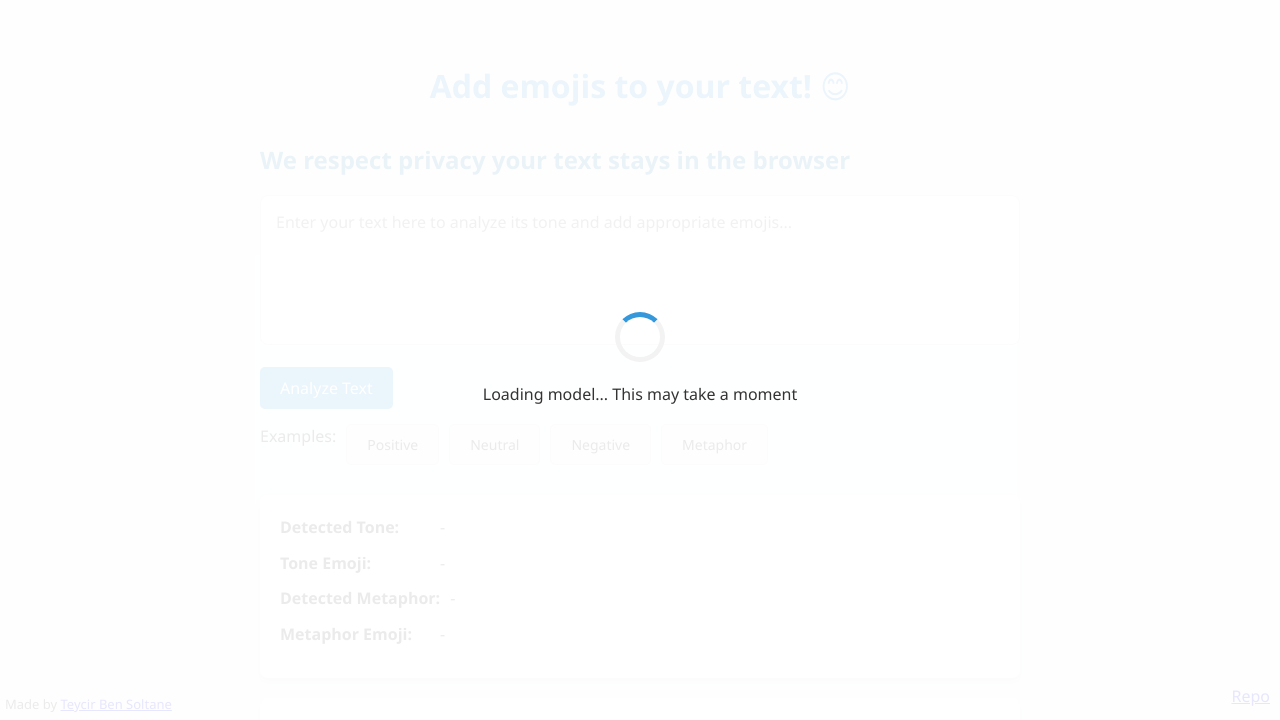
Repository: Teycir/emojiadder
Page: index.html
An editor plug-in stored every save of this project. The page is shown before and after the next save, followed by the edit.
The browser window is 1280 px wide. The pictures show the window.
A layer covers the whole window, so only the first screen is drawn.

Above is the page before, as saved 2025-03-23 11:47:24.

### index.html
<!DOCTYPE html>
<html lang="en">
<head>
    <meta charset="UTF-8">
    <meta name="viewport" content="width=device-width, initial-scale=1.0">
    <title>Text Tone Detector</title>
    <link rel="stylesheet" href="styles.css">
</head>
<body>
    <div class="container">
        <h1>Add emojis to your text! 😊</h1>
<h2>We respect privacy your text stays in the browser</h2>
        <div class="input-section">
            <textarea id="text-input" placeholder="Enter your text here to analyze its tone and add appropriate emojis..."></textarea>
            <button id="analyze-btn">Analyze Text</button>
            <div class="examples">
                <p>Examples:</p>
                <button class="example-btn" data-text="I'm so happy with the results! This is amazing.">Positive</button>
                <button class="example-btn" data-text="This is just okay, nothing special.">Neutral</button>
                <button class="example-btn" data-text="I'm really disappointed with this service.">Negative</button>
                <button class="example-btn" data-text="The journey to success is like climbing a mountain.">Metaphor</button>
            </div>
        </div>

        <div class="result-section">
            <div class="result-card">
                <div class="result-item">
                    <div class="label">Detected Tone:</div>
                    <div id="tone-result" class="value">-</div>
                </div>
                <div class="result-item">
                    <div class="label">Tone Emoji:</div>
                    <div id="tone-emoji" class="value">-</div>
                </div>
                <div class="result-item">
                    <div class="label">Detected Metaphor:</div>
                    <div id="metaphor-result" class="value">-</div>
                </div>
                <div class="result-item">
                    <div class="label">Metaphor Emoji:</div>
                    <div id="metaphor-emoji" class="value">-</div>
                </div>
            </div>
            <div class="enhanced-text-card">
                <h2>Enhanced Text</h2>
                <div id="enhanced-text-result">-</div>
            </div>
        </div>

        <div class="loader-container" id="loader">
            <div class="loader"></div>
            <p>Loading model... This may take a moment</p>
        </div>
    </div>

    <!-- Note the type="module" to use ES modules (modules are deferred by default) -->
    <script type="module" src="./script.js"></script>
<div style="position: fixed; bottom: 0; left: 0; font-size: small; margin: 5px;">
  Made by <a href="https://www.teycirbensoltane.tn">Teycir Ben Soltane</a>
</div>
<a href="https://github.com/Teycir/emojiadder" style="position: fixed; bottom: 10px; right: 10px;">Repo</a>
</body>
</html>

### styles.css
* {
    margin: 0;
    padding: 0;
    box-sizing: border-box;
    font-family: 'Segoe UI', Tahoma, Geneva, Verdana, sans-serif;
}

body {
    background-color: #f5f7fa;
    color: #333;
    line-height: 1.6;
}

.container {
    max-width: 800px;
    margin: 40px auto;
    padding: 20px;
}

h1 {
    text-align: center;
    margin-bottom: 30px;
    color: #3498db;
}

h2 {
    color: #2980b9;
    margin-bottom: 15px;
}

.input-section {
    margin-bottom: 30px;
}

textarea {
    width: 100%;
    height: 150px;
    padding: 15px;
    border: 1px solid #ddd;
    border-radius: 8px;
    resize: none;
    font-size: 16px;
    margin-bottom: 15px;
    transition: border 0.3s;
}

textarea:focus {
    outline: none;
    border-color: #3498db;
}

button {
    background-color: #3498db;
    color: white;
    border: none;
    padding: 10px 20px;
    border-radius: 5px;
    cursor: pointer;
    font-size: 16px;
    transition: background-color 0.3s;
}

button:hover {
    background-color: #2980b9;
}

button:disabled {
    background-color: #95a5a6;
    cursor: not-allowed;
}

.result-section {
    display: flex;
    flex-direction: column;
    gap: 20px;
    margin-bottom: 30px;
}

.result-card, .enhanced-text-card {
    background-color: white;
    border-radius: 8px;
    padding: 20px;
    box-shadow: 0 4px 6px rgba(0, 0, 0, 0.1);
}

.result-item {
    margin-bottom: 10px;
    display: flex;
    align-items: center;
}

.label {
    font-weight: bold;
    margin-right: 10px;
    min-width: 150px;
}

#enhanced-text-result {
    padding: 15px;
    background-color: #f9f9f9;
    border-radius: 5px;
    font-size: 18px;
    min-height: 60px;
    line-height: 1.5;
}

.examples-section {
    margin-top: 30px;
}

.examples {
    display: flex;
    flex-wrap: wrap;
    gap: 10px;
    margin-top: 15px;
}

.example-btn {
    background-color: #f0f0f0;
    color: #333;
    border: 1px solid #ddd;
    font-size: 14px;
}

.example-btn:hover {
    background-color: #e0e0e0;
}

/* Tone colors */
.positive {
    color: #27ae60;
}

.neutral {
    color: #f39c12;
}

.negative {
    color: #e74c3c;
}

/* Loader Styles */
.loader-container {
    position: fixed;
    top: 0;
    left: 0;
    width: 100%;
    height: 100%;
    background-color: rgba(255, 255, 255, 0.9);
    display: flex;
    flex-direction: column;
    justify-content: center;
    align-items: center;
    z-index: 1000;
}

.loader {
    border: 5px solid #f3f3f3;
    border-top: 5px solid #3498db;
    border-radius: 50%;
    width: 50px;
    height: 50px;
    animation: spin 1s linear infinite;
    margin-bottom: 20px;
}

@keyframes spin {
    0% { transform: rotate(0deg); }
    100% { transform: rotate(360deg); }
}

/* Responsive design */
@media (max-width: 600px) {
    .container {
        padding: 15px;
        margin: 20px auto;
    }

    .result-item {
        flex-direction: column;
        align-items: flex-start;
    }

    .label {
        margin-bottom: 5px;
    }

    .examples {
        flex-direction: column;
    }
}

### script.js
import TextToneDetector from './TextToneDetector.js';

// DOM event listeners
document.addEventListener('DOMContentLoaded', () => {
  console.log('DOM content loaded, initializing application');

  // DOM elements
  const textInput = document.getElementById('text-input');
  const analyzeBtn = document.getElementById('analyze-btn');
  const toneResult = document.getElementById('tone-result');
  const toneEmoji = document.getElementById('tone-emoji');
  const metaphorResult = document.getElementById('metaphor-result');
  const metaphorEmoji = document.getElementById('metaphor-emoji');
  const enhancedTextResult = document.getElementById('enhanced-text-result');
  const exampleBtns = document.querySelectorAll('.example-btn');
  const loader = document.getElementById('loader');

  // Disable analyze button until model loads
  analyzeBtn.disabled = true;

  // Make sure the loader is visible
  loader.style.display = 'flex';

  // Create detector instance
  console.log('Creating TextToneDetector instance');
  const toneDetector = new TextToneDetector();

  // Add event listener to limit textarea to 400 lines and alert if exceeded
  textInput.addEventListener('input', function() {
    const lines = this.value.split('\n');
    if (lines.length > 400) {
      alert("400 max lines allowed!");
      this.value = lines.slice(0, 400).join('\n');
    }
  });

  // Analyze text function
  async function analyzeText() {
    const text = textInput.value.trim();

    if (!text) {
      alert('Please enter some text to analyze.');
      return;
    }

    // Show loading indicator
    analyzeBtn.disabled = true;
    analyzeBtn.textContent = 'Analyzing...';

    try {
      const result = await toneDetector.analyze(text);

      // Display results
      toneResult.textContent = result.tone.charAt(0).toUpperCase() + result.tone.slice(1);
      toneResult.className = result.tone;

      toneEmoji.textContent = result.toneEmoji || 'None';

      metaphorResult.textContent = result.metaphor
        ? result.metaphor.charAt(0).toUpperCase() + result.metaphor.slice(1)
        : 'None detected';

      metaphorEmoji.textContent = result.metaphorEmoji || 'None';

      enhancedTextResult.textContent = result.enhancedText;
    } catch (error) {
      console.error('Error in analysis:', error);
      enhancedTextResult.textContent = 'An error occurred during analysis. Please try again.';
    } finally {
      // Reset button
      analyzeBtn.disabled = false;
      analyzeBtn.textContent = 'Analyze Text';
    }
  }

  // Event listeners
  analyzeBtn.addEventListener('click', analyzeText);

  textInput.addEventListener('keydown', function(e) {
    if (e.key === 'Enter' && e.ctrlKey) {
      analyzeText();
    }
  });

  // Example buttons
  exampleBtns.forEach(btn => {
    btn.addEventListener('click', function() {
      const exampleText = this.getAttribute('data-text');
      textInput.value = exampleText;
      analyzeText();
    });
  });

  // Initial instructions
  enhancedTextResult.textContent = 'Enter text and click "Analyze Text" to see the enhanced result with emojis.';
});

### TextToneDetector.js
import SentimentModel from './models/SentimentModel.js';
import MetaphorUtils from './utils/MetaphorUtils.js';
import EmojiUtils from './utils/EmojiUtils.js';

/**
 * Main class for text tone detection
 */
class TextToneDetector {
  constructor() {
    console.log('TextToneDetector constructor called');

    // Initialize components
    this.sentimentModel = new SentimentModel();
    this.metaphorUtils = new MetaphorUtils();
    this.emojiUtils = new EmojiUtils();

    // Model loading status
    this.isModelLoaded = false;

    // Initialize model
    this.initializeModel();
  }

  async initializeModel() {
    try {
      console.log('TextToneDetector: Initializing sentiment model');
      await this.sentimentModel.initialize();
      this.isModelLoaded = true;

      console.log('TextToneDetector: Model loaded successfully');

      // Hide loader when model is loaded
      const loader = document.getElementById('loader');
      if (loader) {
        loader.style.display = 'none';
        console.log('Loader hidden');
      } else {
        console.warn('Loader element not found');
      }

      // Enable analyze button
      const analyzeBtn = document.getElementById('analyze-btn');
      if (analyzeBtn) {
        analyzeBtn.disabled = false;
        console.log('Analyze button enabled');
      } else {
        console.warn('Analyze button not found');
      }
    } catch (error) {
      console.error('Error initializing model:', error);

      // Show error in the UI
      const loader = document.getElementById('loader');
      if (loader) {
        loader.innerHTML = `
          <div class="error">
            <p>Error loading model: ${error.message}</p>
            <p>Please refresh the page to try again.</p>
          </div>
        `;
      }
    }
  }

  // Analyze text and return tone with emojis
  async analyze(text) {
    if (!this.isModelLoaded) {
      return {
        originalText: text,
        tone: 'unknown',
        toneEmoji: '',
        metaphor: null,
        metaphorEmoji: '',
        enhancedText: text
      };
    }

    try {
      // Split text into paragraphs
      const paragraphs = text.split(/\n+/);
      let enhancedParagraphs = [];

      for (const paragraph of paragraphs) {
        if (!paragraph.trim()) {
          enhancedParagraphs.push('');
          continue;
        }

        // Split paragraph into sentences
        // This regex matches sentence endings: period, question mark, or exclamation mark followed by a space or end of string
        const sentences = paragraph.match(/[^.!?]+[.!?]+(\s|$)/g) || [paragraph];
        let enhancedParagraph = '';

        for (const sentence of sentences) {
          // Get sentiment from model for each sentence
          const sentimentOutput = await this.sentimentModel.analyze(sentence);

          // Determine tone based on model output
          let tone;
          if (sentimentOutput.label === 'POSITIVE') {
            tone = 'positive';
          } else if (sentimentOutput.label === 'NEGATIVE') {
            tone = 'negative';
          } else {
            tone = 'neutral';
          }

          // Find metaphors in sentence
          const words = sentence.toLowerCase().split(/\s+/);
          const metaphor = this.metaphorUtils.findMetaphor(words);

          // Get emojis for tone and metaphor
          const toneEmoji = this.emojiUtils.getToneEmoji(tone);
          const metaphorEmoji = this.emojiUtils.getMetaphorEmoji(metaphor);

          // Add emoji after the sentence's ending punctuation but before any trailing space
          const emojiString = `${toneEmoji} ${metaphorEmoji}`.trim();
          // This regex captures the end punctuation and any trailing space
          const enhancedSentence = sentence.replace(/([.!?]+)(\s|$)/, `$1 ${emojiString}$2`);
          enhancedParagraph += enhancedSentence;
        }

        enhancedParagraphs.push(enhancedParagraph);
      }

      const enhancedText = enhancedParagraphs.join('\n');

      // For the overall tone and metaphor, analyze the complete text
      const overallSentimentOutput = await this.sentimentModel.analyze(text);
      let overallTone;
      if (overallSentimentOutput.label === 'POSITIVE') {
        overallTone = 'positive';
      } else if (overallSentimentOutput.label === 'NEGATIVE') {
        overallTone = 'negative';
      } else {
        overallTone = 'neutral';
      }

      const words = text.toLowerCase().split(/\s+/);
      const overallMetaphor = this.metaphorUtils.findMetaphor(words);

      const toneEmoji = this.emojiUtils.getToneEmoji(overallTone);
      const metaphorEmoji = this.emojiUtils.getMetaphorEmoji(overallMetaphor);

      return {
        originalText: text,
        tone: overallTone,
        toneEmoji: toneEmoji,
        metaphor: overallMetaphor,
        metaphorEmoji: metaphorEmoji,
        enhancedText: enhancedText
      };
    } catch (error) {
      console.error('Error analyzing text:', error);
      return {
        originalText: text,
        tone: 'error',
        toneEmoji: '❓',
        metaphor: null,
        metaphorEmoji: '',
        enhancedText: text + ' ❓'
      };
    }
  }
}

export default TextToneDetector;

### models/SentimentModel.js
// Import the pipeline directly from the Transformers library
import { pipeline } from 'https://cdn.jsdelivr.net/npm/@xenova/transformers@2.14.0/dist/transformers.min.js';

/**
 * Handles sentiment analysis using Transformers.js
 * Implements caching to avoid reloading the model
 */
class SentimentModel {
  // Static properties for caching
  static instance = null;
  static pipelineInstance = null;
  static isInitializing = false;
  static initPromise = null;

  constructor() {
    this.isLoaded = SentimentModel.pipelineInstance !== null;
    this.pipeline = SentimentModel.pipelineInstance;

    console.log('SentimentModel constructor called, cached:', this.isLoaded);

    // Return existing instance if available
    if (SentimentModel.instance) {
      console.log('Returning cached SentimentModel instance');
      return SentimentModel.instance;
    }

    // Store this instance as the singleton
    SentimentModel.instance = this;
  }

  /**
   * Initialize the sentiment analysis model
   * @returns {Promise} Resolves when model is loaded
   */
  async initialize() {
    // If model is already loaded, return immediately
    if (this.isLoaded) {
      console.log('Model already loaded, using cached instance');
      return Promise.resolve(true);
    }

    // If initialization is in progress, return the existing promise
    if (SentimentModel.isInitializing) {
      console.log('Model initialization already in progress, waiting...');
      return SentimentModel.initPromise;
    }

    // Create a new initialization promise
    SentimentModel.isInitializing = true;
    SentimentModel.initPromise = new Promise(async (resolve, reject) => {
      try {
        console.log('Starting to initialize sentiment model');

        try {
          console.log('Initializing sentiment model');

          // Initialize the sentiment analysis pipeline
          console.log('Loading sentiment analysis model...');
          SentimentModel.pipelineInstance = await pipeline('sentiment-analysis', 'Xenova/distilbert-base-uncased-finetuned-sst-2-english');
          console.log('Sentiment analysis model loaded successfully');

          // Update instance properties
          this.pipeline = SentimentModel.pipelineInstance;
          this.isLoaded = true;

          resolve(true);
        } catch (innerError) {
          console.error('Error in Transformers initialization:', innerError);
          SentimentModel.isInitializing = false;
          reject(innerError);
        }
      } catch (error) {
        console.error('Error initializing model:', error);
        SentimentModel.isInitializing = false;
        reject(error);
      }
    });

    return SentimentModel.initPromise;
  }

  /**
   * Analyze text sentiment
   * @param {string} text - Text to analyze
   * @returns {Object} Sentiment result
   */
  async analyze(text) {
    if (!this.isLoaded) {
      throw new Error('Model not loaded yet');
    }

    try {
      const result = await this.pipeline(text);
      return result[0];
    } catch (error) {
      console.error('Error in sentiment analysis:', error);
      throw error;
    }
  }
}

export default SentimentModel;

### utils/EmojiUtils.js
/**
 * Provides emoji-related functionality
 */
class EmojiUtils {
    constructor() {
      // Metaphor emoji mappings
      this.metaphorEmojis = {
        speed: ['🚀', '⚡', '💨', '🏃‍♂️'],
        strength: ['💪', '🦾', '🦁', '🐂'],
        growth: ['🌱', '🌳', '📈', '⬆️'],
        time: ['⏰', '⌛', '🕒', '📅'],
        money: ['💰', '💵', '💸', '💲'],
        success: ['🏆', '🥇', '🎖️', '🔝'],
        failure: ['👎', '📉', '❌', '💥'],
        idea: ['💡', '✨', '🧠', '🤔'],
        communication: ['💬', '📣', '📱', '✉️'],
        love: ['❤️', '💕', '💘', '🌹'],
        journey: ['🛣️', '🧭', '🧳', '🚶‍♂️'],
        competition: ['🏁', '🥊', '⚔️', '🎯'],
        health: ['🏥', '💊', '🩺', '🫀'],
        technology: ['📱', '💻', '🤖', '⚙️'],
        education: ['📚', '🎓', '✏️', '🧮'],
        nature: ['🌿', '🌳', '🌊', '🏔️'],
        celebration: ['🎉', '🎊', '🥂', '🎈']
      };

      // Tone emoji mappings
      this.toneEmojis = {
        positive: ['😊', '😄', '🥰', '✨', '👍', '🙌'],
        neutral: ['😐', '🤔', '🧐', '📝', '🔍', '💭'],
        negative: ['😔', '😢', '😞', '😠', '👎', '💔']
      };
    }

    /**
     * Get random emoji from a list
     * @param {Array} emojiList - List of emojis to choose from
     * @returns {string} - Random emoji
     */
    getRandomEmoji(emojiList) {
      if (!emojiList || emojiList.length === 0) {
        return '';
      }
      const randomIndex = Math.floor(Math.random() * emojiList.length);
      return emojiList[randomIndex];
    }

    /**
     * Get emoji for a tone
     * @param {string} tone - Tone to get emoji for
     * @returns {string} - Emoji
     */
    getToneEmoji(tone) {
      return this.getRandomEmoji(this.toneEmojis[tone] || []);
    }

    /**
     * Get emoji for a metaphor
     * @param {string} metaphor - Metaphor to get emoji for
     * @returns {string} - Emoji
     */
    getMetaphorEmoji(metaphor) {
      return metaphor ? this.getRandomEmoji(this.metaphorEmojis[metaphor] || []) : '';
    }
  }

  export default EmojiUtils;

Loaded but not shown: utils/MetaphorUtils.js (330 lines, source omitted)

After the next save:
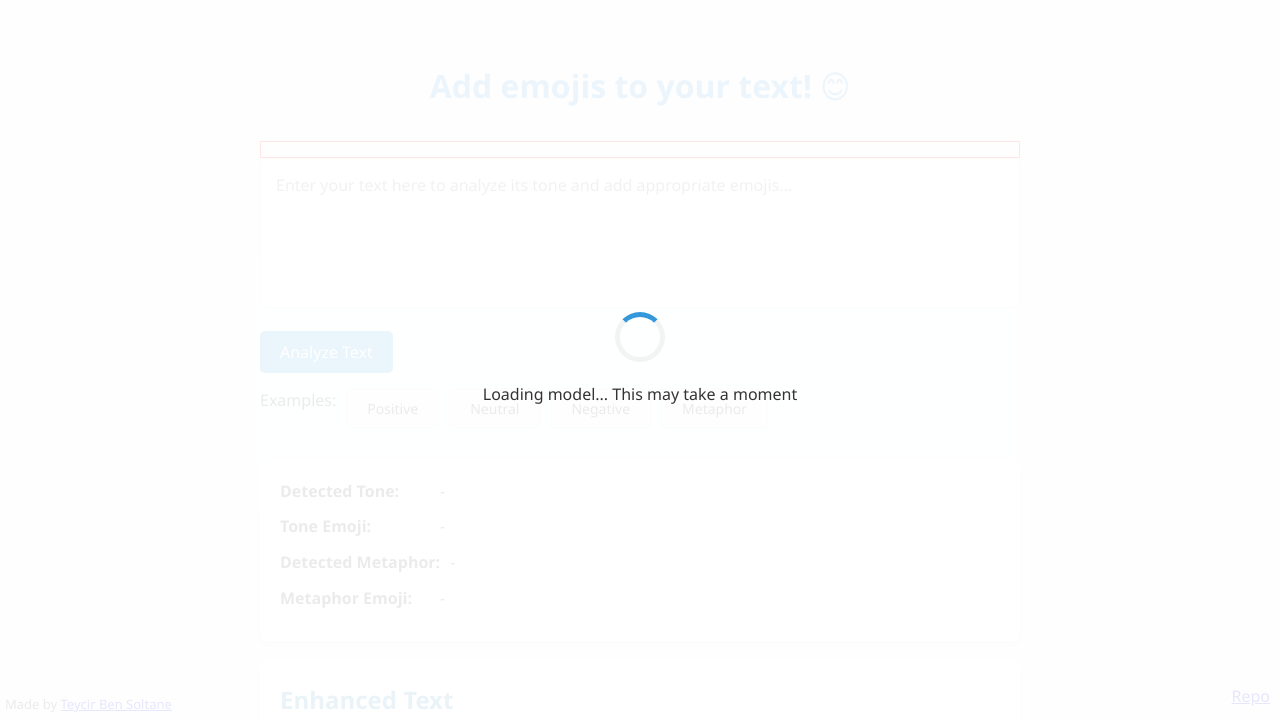
Saved 5 min 15 s later.
--- a/index.html
+++ b/index.html
@@ -9,8 +9,9 @@
 <body>
     <div class="container">
         <h1>Add emojis to your text! 😊</h1>
-<h2>We respect privacy your text stays in the browser</h2>
-        <div class="input-section">
+        <div style="border: 1px solid red;"> <!-- Added border for visualization -->
+            <h2><We respect privacy your text stays in the browser</h2>
+          </div>        <div class="input-section">
             <textarea id="text-input" placeholder="Enter your text here to analyze its tone and add appropriate emojis..."></textarea>
             <button id="analyze-btn">Analyze Text</button>
             <div class="examples">
